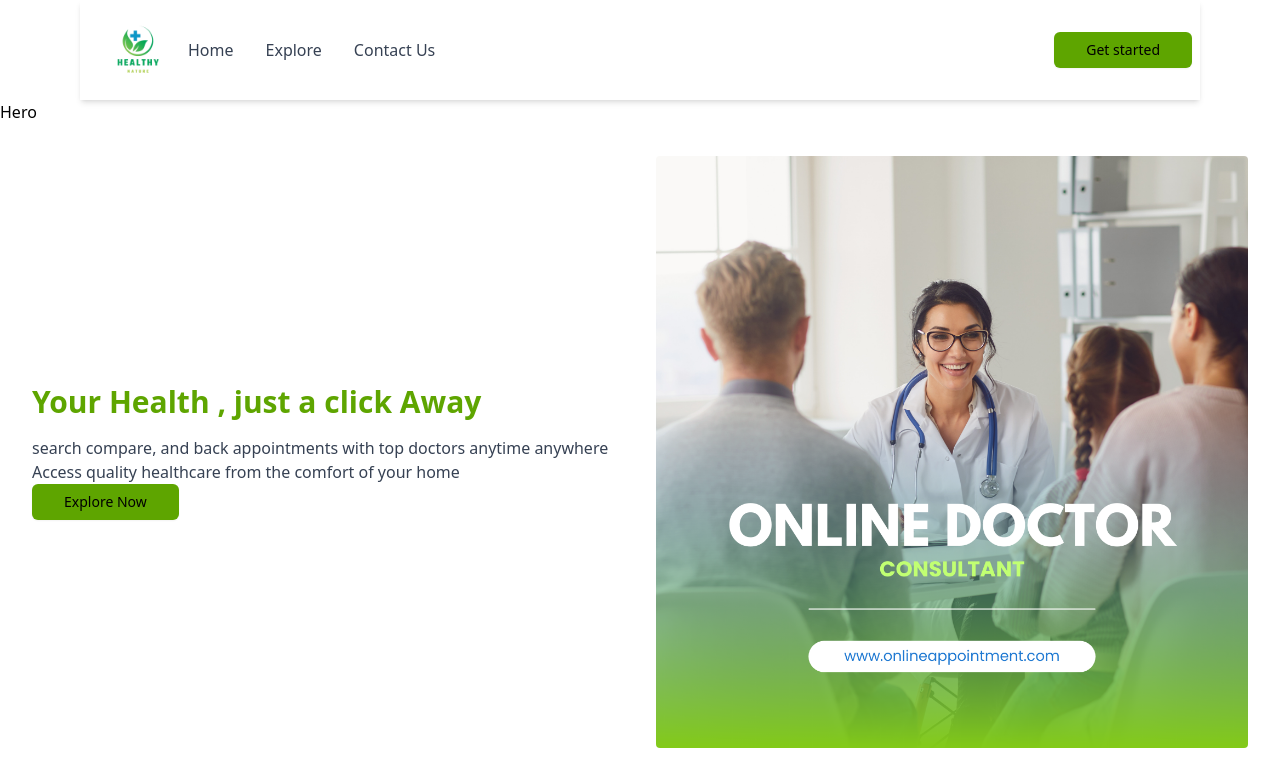
Repository: Muyassar-Mamdoh-Salem/appooinetment_app_frontend
Page: /
These files come from the project's save history. The page is drawn as it stood at one moment and after a run of saves; the edit follows.
The browser window is 1280 px wide. The pictures show the whole page.
The project was rebuilt for these pictures with package versions that can differ from the ones it lists, and the page was loaded fresh each time. The framework's server and built-in components were replaced by stand-ins that run in the browser. Also part of the build but not shown: next.config.mjs.

Above is the page before, as saved 2025-07-03 15:25:51.

### app/layout.js
import { Geist, Geist_Mono } from "next/font/google";
import "./globals.css";
import Header from "./_compnents/Header";
const geistSans = Geist({
  variable: "--font-geist-sans",
  subsets: ["latin"],
});

const geistMono = Geist_Mono({
  variable: "--font-geist-mono",
  subsets: ["latin"],
});

export const metadata = {
  title: "Create Next App",
  description: "Generated by create next app",
};

export default function RootLayout({ children }) {
  return (
    <html lang="en">
      <body
        className={`${geistSans.variable} ${geistMono.variable} antialiased`}
      >
        <div className=" md:px-20">
                 <Header />

        </div>
        {children}
      </body>
    </html>
  );
}

### app/page.js
import Image from "next/image";

// shad cn
import { Button } from "@/components/ui/button"
// component
import Hero from "./_compnents/Hero";
export default function Home() {
  return (
    <div className="">
<Hero/>

    </div>
  );
}

### app/_compnents/Header.jsx
import React from 'react';
import Image from 'next/image';
import Link from 'next/link';
import { Button } from '@/components/ui/button';

function Header() {
  const menu = [
    { id: 1, name: 'Home', path: '/' },
    { id: 2, name: 'Explore', path: 'Explore' },
    { id: 3, name: 'Contact Us', path: 'Contact Us' }
  ];

  return (
    <header className="bg-white shadow-md px-2 flex items-center justify-between    ">
      <div className="  flex items-center  ">
        {/* الشعار */}
        <div className="flex items-center gap-2">
          <Image src="/assets/image/logo.png" width={100} height={40} alt="logo" />

        </div>

        {/* القائمة */}
        <nav>
          <ul className="hidden md:flex gap-8 text-gray-700 font-medium">
            {menu.map((item) => (
              <li key={item.id}>
                <Link
                  href={item.path}
                  className="hover:text-lime-600 transition-all duration-200 cursor-pointer hover:scale-105 "
                >
                  {item.name}
                </Link>
              </li>
            ))}
          </ul>
        </nav>
      </div>
      <Button>Get started</Button>

    </header>
  );
}

export default Header;

### components/ui/button.jsx
import * as React from "react"
import { Slot } from "@radix-ui/react-slot"
import { cva } from "class-variance-authority";

import { cn } from "@/lib/utils"

const buttonVariants = cva(
  "inline-flex items-center justify-center gap-2 whitespace-nowrap rounded-md text-sm font-medium transition-all disabled:pointer-events-none disabled:opacity-50 [&_svg]:pointer-events-none [&_svg:not([class*='size-'])]:size-4 shrink-0 [&_svg]:shrink-0 outline-none focus-visible:border-ring focus-visible:ring-ring/50 focus-visible:ring-[3px] aria-invalid:ring-destructive/20 dark:aria-invalid:ring-destructive/40 aria-invalid:border-destructive",
  {
    variants: {
      variant: {
        default:
          "bg-lime-600 text-primary-foreground shadow-xs hover:bg-lime-700 cursor-pointer",
        destructive:
          "bg-destructive text-white shadow-xs hover:bg-destructive/90 focus-visible:ring-destructive/20 dark:focus-visible:ring-destructive/40 dark:bg-destructive/60",
        outline:
          "border bg-background shadow-xs hover:bg-accent hover:text-accent-foreground dark:bg-input/30 dark:border-input dark:hover:bg-input/50",
        secondary:
          "bg-secondary text-secondary-foreground shadow-xs hover:bg-secondary/80",
        ghost:
          "hover:bg-accent hover:text-accent-foreground dark:hover:bg-accent/50",
        link: "text-primary underline-offset-4 hover:underline",
      },
      size: {
        default: "h-9 px-8 py-2 has-[>svg]:px-3",
        sm: "h-8 rounded-md gap-1.5 px-3 has-[>svg]:px-2.5",
        lg: "h-10 rounded-md px-6 has-[>svg]:px-4",
        icon: "size-9",
      },
    },
    defaultVariants: {
      variant: "default",
      size: "default",
    },
  }
)

function Button({
  className,
  variant,
  size,
  asChild = false,
  ...props
}) {
  const Comp = asChild ? Slot : "button"

  return (
    <Comp
      data-slot="button"
      className={cn(buttonVariants({ variant, size, className }))}
      {...props} />
  );
}

export { Button, buttonVariants }

### app/_compnents/Hero.jsx
import { Button } from '@/components/ui/button'
import React from 'react'

function Hero() {
  return (
    <div>Hero
        <section>
  <div className="mx-auto max-w-screen-xl px-4 py-8 sm:px-6 lg:px-8">
    <div className="grid grid-cols-1 gap-4 md:grid-cols-2 md:items-center md:gap-8">
      <div>
        <div className="max-w-lg md:max-w-none">
          <h2 className="text-2xl font-semibold text-lime-600 sm:text-3xl">
          Your Health , just a click Away
          </h2>

          <p className="mt-4 text-gray-700">
           search compare, and back appointments with top doctors anytime anywhere Access quality healthcare from the comfort of your home
          </p>
          <Button>Explore Now</Button>
        </div>
      </div>

      <div>
        <img
        src='assets\image\hero.png'
          className="rounded"
          alt=""
        />
      </div>
    </div>
  </div>
</section>
    </div>
  )
}

export default Hero

Loaded but not shown: app/globals.css (common file); lib/utils.js (common file)

After the next 4 saves:
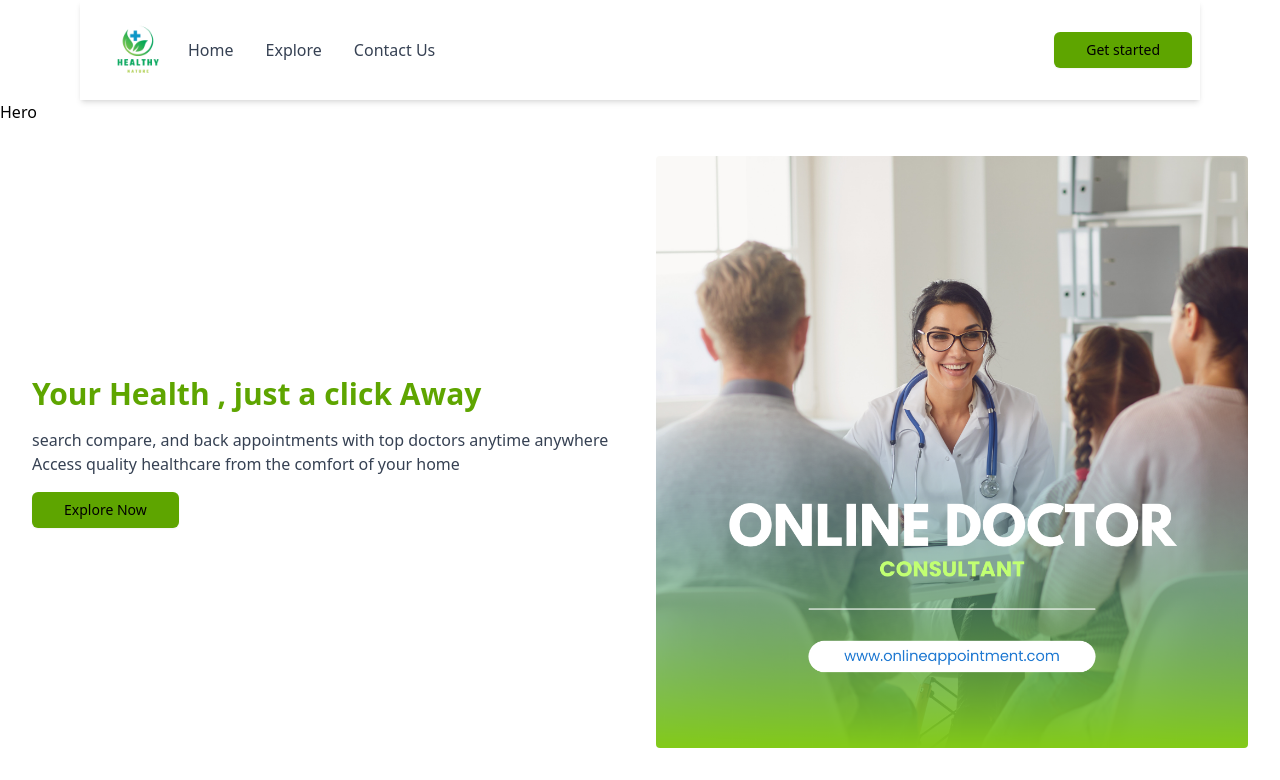
The 4 saves are shown as one change because they came seconds apart.
The last was saved 11 s later.
--- a/app/_compnents/Hero.jsx
+++ b/app/_compnents/Hero.jsx
@@ -16,7 +16,7 @@
           <p className="mt-4 text-gray-700">
            search compare, and back appointments with top doctors anytime anywhere Access quality healthcare from the comfort of your home
           </p>
-          <Button>Explore Now</Button>
+          <Button className="mt-4">Explore Now</Button>
         </div>
       </div>
 

After the save that followed:
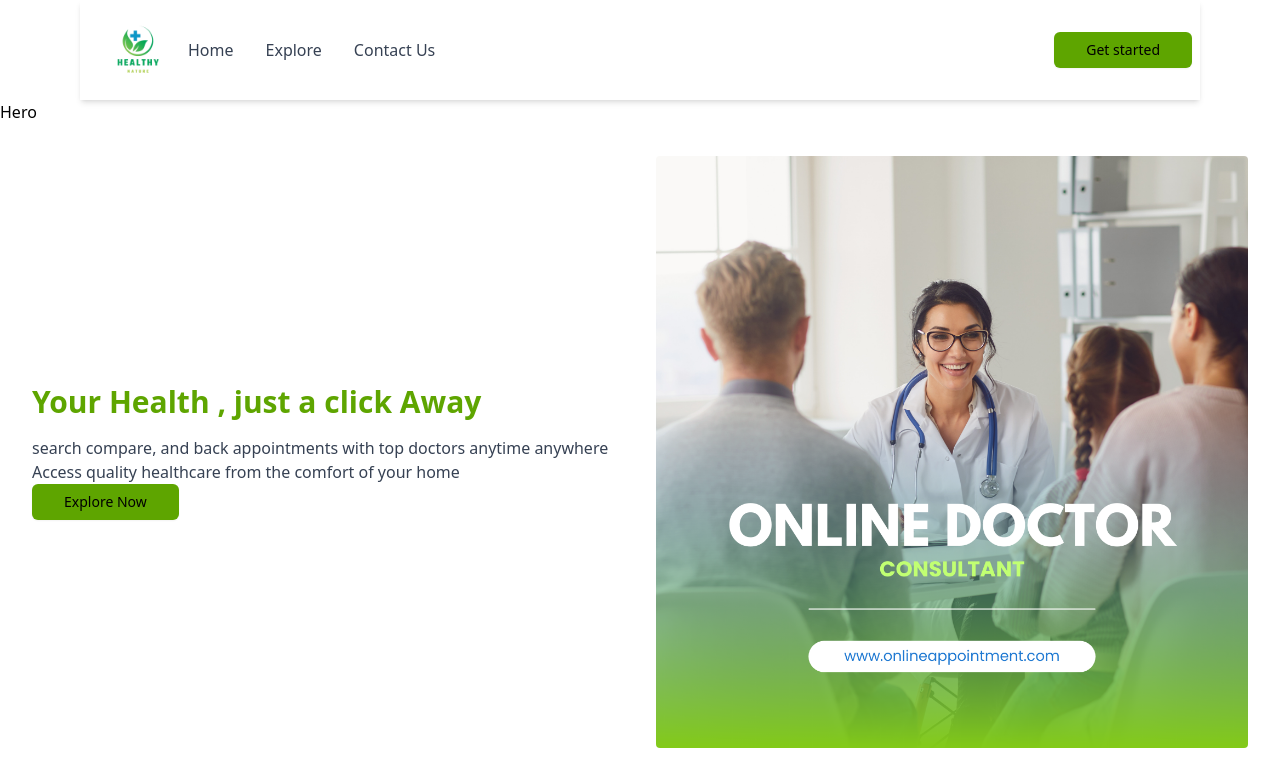
Saved 4 s later.
--- a/app/_compnents/Hero.jsx
+++ b/app/_compnents/Hero.jsx
@@ -16,7 +16,7 @@
           <p className="mt-4 text-gray-700">
            search compare, and back appointments with top doctors anytime anywhere Access quality healthcare from the comfort of your home
           </p>
-          <Button className="mt-4">Explore Now</Button>
+          <Button className="p">Explore Now</Button>
         </div>
       </div>
 
